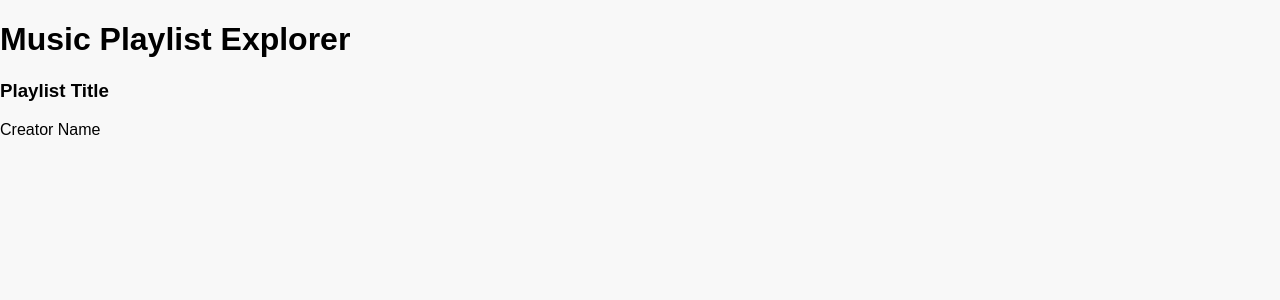
Repository: valentinaarojas/music-player-explorer
Page: index.html
The author's editor kept a copy of each file at every save. The page is drawn from the files as they stood at one save, then again after a run of saves.
The browser window is 1280 px wide. The pictures show the whole page.

Above is the page before, as saved 2025-02-18 17:53:53.
Console error: SyntaxError: Unexpected token '{'

### index.html
<!DOCTYPE html>
<html lang="en">
<head>
    <meta charset="UTF-8">
    <meta name="viewport" content="width=device-width, initial-scale=1.0">

    <title>Music Playlist Explorer</title>
    <link rel="icon" type="image/x-icon" href="/images/favicon.ico">

    <link rel="stylesheet" href="style.css">
</head>
<body>
    <header>
        <!-- Your header content here -->
        <div class="banner">
            <h1>Music Playlist Explorer</h1>
        </div>
    </header>

    <main>
        <!-- Your main content here -->
        <div class="playlist-cards">
            <div class="card">
                <!-- IMG -->
                <div class="container">
                    <h3>Playlist Title</h3>
                    <p>Creator Name</p>
                </div>
            </div>
        </div>
    </main>

    <footer>
        <!-- Your footer content here -->
    </footer>
    <script src="data/data.js"></script>
    <script src="script.js"></script>
</body>
</html>

### style.css
body {
    font-family: 'Arial', sans-serif;
    margin: 0;
    padding: 0;
    background-color: #f8f8f8;
}

### data/data.js
let data = { "playlists": [
    {
      "playlistID": 0,
      "playlist_name": "Late Night Drive",
      "playlist_creator": "Melody Maven",
      "playlist_art": "https://picsum.photos/id/36/200",
      "likeCount": 0,
      "songs": [
        {
          "songID": 0,
          "title": "Nightcall",
          "artist": "Kavinsky",
          "album": "Nightcall",
          "cover_art": "https://picsum.photos/id/43/200",
          "duration": "4:18"
        },
        {
          "songID": 1,
          "title": "Drive",
          "artist": "The Cars",
          "album": "Heartbeat City",
          "cover_art": "https://picsum.photos/id/45/200",
          "duration": "3:55"
        },
        {
          "songID": 2,
          "title": "Cruisin'",
          "artist": "Smokey Robinson",
          "album": "One Heartbeat",
          "cover_art": "https://picsum.photos/id/88/200",
          "duration": "4:30"
        },
        {
          "songID": 3,
          "title": "Night Moves",
          "artist": "Bob Seger",
          "album": "Night Moves",
          "cover_art": "https://picsum.photos/id/84/200",
          "duration": "5:25"
        },
        {
          "songID": 4,
          "title": "Moonlight Drive",
          "artist": "The Doors",
          "album": "Strange Days",
          "cover_art": "https://picsum.photos/id/122/200",
          "duration": "3:04"
        }
      ]
    },
    {
      "playlistID": 1,
      "playlist_name": "That Summer '16 Feeling",
      "playlist_creator": "Groove Guardian",
      "playlist_art": "https://picsum.photos/id/117/200",
      "likeCount": 10,
      "songs": [
        {
          "songID": 5,
          "title": "One Dance",
          "artist": "Drake",
          "album": "Views",
          "cover_art": "https://picsum.photos/id/21/200",
          "duration": "2:53"
        },
        {
          "songID": 6,
          "title": "Cheap Thrills",
          "artist": "Sia",
          "album": "This Is Acting",
          "cover_art": "https://picsum.photos/id/56/200",
          "duration": "3:31"
        },
        {
          "songID": 7,
          "title": "Don't Let Me Down",
          "artist": "The Chainsmokers ft. Daya",
          "album": "Collage",
          "cover_art": "https://picsum.photos/id/145/200",
          "duration": "3:28"
        },
        {
          "songID": 8,
          "title": "This Is What You Came For",
          "artist": "Calvin Harris ft. Rihanna",
          "album": "This Is What You Came For",
          "cover_art": "https://picsum.photos/id/160/200",
          "duration": "3:42"
        },
        {
          "songID": 9,
          "title": "Ride",
          "artist": "Twenty One Pilots",
          "album": "Blurryface",
          "cover_art": "https://picsum.photos/id/133/200",
          "duration": "3:34"
        }
      ]
    },
    {
      "playlistID": 2,
      "playlist_name": "Workout Beats",
      "playlist_creator": "Harmony Herald",
      "playlist_art": "https://picsum.photos/id/1077/200",
      "likeCount": 2,
      "songs": [
        {
          "songID": 10,
          "title": "Eye of the Tiger",
          "artist": "Survivor",
          "album": "Eye of the Tiger",
          "cover_art": "https://picsum.photos/id/593/200",
          "duration": "4:05"
        },
        {
          "songID": 11,
          "title": "Stronger",
          "artist": "Kanye West",
          "album": "Graduation",
          "cover_art": "https://picsum.photos/id/169/200",
          "duration": "5:12"
        },
        {
          "songID": 12,
          "title": "Lose Yourself",
          "artist": "Eminem",
          "album": "8 Mile Soundtrack",
          "cover_art": "https://picsum.photos/id/171/200",
          "duration": "5:26"
        },
        {
          "songID": 13,
          "title": "Uptown Funk",
          "artist": "Mark Ronson ft. Bruno Mars",
          "album": "Uptown Special",
          "cover_art": "https://picsum.photos/id/274/200",
          "duration": "4:30"
        },
        {
          "songID": 14,
          "title": "Can't Stop the Feeling!",
          "artist": "Justin Timberlake",
          "album": "Trolls (Original Motion Picture Soundtrack)",
          "cover_art": "https://picsum.photos/id/304/200",
          "duration": "3:56"
        }
      ]
    },
    {
      "playlistID": 3,
      "playlist_name": "Road Trip Anthems",
      "playlist_creator": "Playlist Pioneer",
      "playlist_art": "https://picsum.photos/id/314/200",
      "likeCount": 5,
      "songs": [
        {
          "songID": 15,
          "title": "Life Is a Highway",
          "artist": "Tom Cochrane",
          "album": "Mad Mad World",
          "cover_art": "https://picsum.photos/id/352/200",
          "duration": "4:26"
        },
        {
          "songID": 16,
          "title": "Born to Run",
          "artist": "Bruce Springsteen",
          "album": "Born to Run",
          "cover_art": "https://picsum.photos/id/361/200",
          "duration": "4:30"
        },
        {
          "songID": 17,
          "title": "Take It Easy",
          "artist": "Eagles",
          "album": "Eagles",
          "cover_art": "https://picsum.photos/id/365/200",
          "duration": "3:31"
        },
        {
          "songID": 18,
          "title": "Route 66",
          "artist": "Chuck Berry",
          "album": "Get Your Kicks on Route 66",
          "cover_art": "https://picsum.photos/id/371/200",
          "duration": "2:53"
        },
        {
          "songID": 19,
          "title": "On the Road Again",
          "artist": "Willie Nelson",
          "album": "Honeysuckle Rose",
          "cover_art": "https://picsum.photos/id/382/200",
          "duration": "2:33"
        }
      ]
    },
    {
      "playlistID": 4,
      "playlist_name": "Boss Chick Energy",
      "playlist_creator": "Tempo Tactician",
      "playlist_art": "https://picsum.photos/id/449/200",
      "likeCount": 0,
      "songs": [
        {
          "songID": 20,
          "title": "Run the World (Girls)",
          "artist": "Beyoncé",
          "album": "4",
          "cover_art": "https://picsum.photos/id/550/200",
          "duration": "3:56"
        },
        {
          "songID": 21,
          "title": "I'm Every Woman",
          "artist": "Chaka Khan",
          "album": "Chaka",
          "cover_art": "https://picsum.photos/id/646/200",
          "duration": "4:07"
        },
        {
          "songID": 22,
          "title": "Independent Women, Pt. 1",
          "artist": "Destiny's Child",
          "album": "Survivor",
          "cover_art": "https://picsum.photos/id/660/200",
          "duration": "3:41"
        },
        {
          "songID": 23,
          "title": "Confident",
          "artist": "Demi Lovato",
          "album": "Confident",
          "cover_art": "https://picsum.photos/id/680/200",
          "duration": "3:25"
        },
        {
          "songID": 24,
          "title": "Feeling Myself",
          "artist": "Nicki Minaj ft. Beyoncé",
          "album": "The Pinkprint",
          "cover_art": "https://picsum.photos/id/822/200",
          "duration": "3:57"
        }
      ]
    },
    {
      "playlistID": 5,
      "playlist_name": "Rainy Nights",
      "playlist_creator": "Sonic Sage",
      "playlist_art": "https://picsum.photos/id/115/200",
      "likeCount": 24,
      "songs": [
        {
          "songID": 25,
          "title": "Purple Rain",
          "artist": "Prince",
          "album": "Purple Rain",
          "cover_art": "https://picsum.photos/id/123/200",
          "duration": "8:41"
        },
        {
          "songID": 26,
          "title": "November Rain",
          "artist": "Guns N' Roses",
          "album": "Use Your Illusion I",
          "cover_art": "https://picsum.photos/id/171/200",
          "duration": "8:57"
        },
        {
          "songID": 27,
          "title": "Riders on the Storm",
          "artist": "The Doors",
          "album": "L.A. Woman",
          "cover_art": "https://picsum.photos/id/172/200",
          "duration": "7:14"
        },
        {
          "songID": 28,
          "title": "I Can't Stand the Rain",
          "artist": "Ann Peebles",
          "album": "I Can't Stand the Rain",
          "cover_art": "https://picsum.photos/id/178/200",
          "duration": "2:31"
        },
        {
          "songID": 29,
          "title": "Set Fire to the Rain",
          "artist": "Adele",
          "album": "21",
          "cover_art": "https://picsum.photos/id/680/200",
          "duration": "4:02"
        }
      ]
    },
    {
      "playlistID": 6,
      "playlist_name": "90's R&B",
      "playlist_creator": "Vinyl Virtuoso",
      "playlist_art": "https://picsum.photos/id/815/200",
      "likeCount": 3,
      "songs": [
        {
          "songID": 30,
          "title": "No Diggity",
          "artist": "Blackstreet ft. Dr. Dre",
          "album": "Another Level",
          "cover_art": "https://picsum.photos/id/856/200",
          "duration": "5:06"
        },
        {
          "songID": 31,
          "title": "Waterfalls",
          "artist": "TLC",
          "album": "CrazySexyCool",
          "cover_art": "https://picsum.photos/id/871/200",
          "duration": "4:39"
        },
        {
          "songID": 32,
          "title": "Creep",
          "artist": "TLC",
          "album": "CrazySexyCool",
          "cover_art": "https://picsum.photos/id/891/200",
          "duration": "4:29"
        },
        {
          "songID": 33,
          "title": "On Bended Knee",
          "artist": "Boyz II Men",
          "album": "II",
          "cover_art": "https://picsum.photos/id/1013/200",
          "duration": "4:05"
        },
        {
          "songID": 34,
          "title": "Fantasy",
          "artist": "Mariah Carey",
          "album": "Daydream",
          "cover_art": "https://picsum.photos/id/1014/200",
          "duration": "4:04"
        }
      ]
    },
    {
      "playlistID": 7,
      "playlist_name": "Nothing But The Classics",
      "playlist_creator": "Melody Maven",
      "playlist_art": "https://picsum.photos/id/22/200",
      "likeCount": 3,
      "songs": [
        {
          "songID": 35,
          "title": "Bohemian Rhapsody",
          "artist": "Queen",
          "album": "A Night at the Opera",
          "cover_art": "https://picsum.photos/id/39/200",
          "duration": "5:55"
        },
        {
          "songID": 36,
          "title": "Hotel California",
          "artist": "Eagles",
          "album": "Hotel California",
          "cover_art": "https://picsum.photos/id/57/200",
          "duration": "6:30"
        },
        {
          "songID": 37,
          "title": "Stairway to Heaven",
          "artist": "Led Zeppelin",
          "album": "Led Zeppelin IV",
          "cover_art": "https://picsum.photos/id/221/200",
          "duration": "8:02"
        },
        {
          "songID": 38,
          "title": "Sweet Child o' Mine",
          "artist": "Guns N' Roses",
          "album": "Appetite for Destruction",
          "cover_art": "https://picsum.photos/id/822/200",
          "duration": "5:55"
        },
        {
          "songID": 39,
          "title": "Imagine",
          "artist": "John Lennon",
          "album": "Imagine",
          "cover_art": "https://picsum.photos/id/823/200",
          "duration": "3:04"
        }
      ]
    },
    {
      "playlistID": 8,
      "playlist_name": "Ohh That Baseline",
      "playlist_creator": "Bassline Buddy",
      "playlist_art": "https://picsum.photos/id/836/200",
      "likeCount": 0,
      "songs": [
        {
          "songID": 40,
          "title": "Another One Bites the Dust",
          "artist": "Queen",
          "album": "The Game",
          "cover_art": "https://picsum.photos/id/839/200",
          "duration": "3:36"
        },
        {
          "songID": 41,
          "title": "Billie Jean",
          "artist": "Michael Jackson",
          "album": "Thriller",
          "cover_art": "https://picsum.photos/id/903/200",
          "duration": "4:54"
        },
        {
          "songID": 42,
          "title": "Superstition",
          "artist": "Stevie Wonder",
          "album": "Talking Book",
          "cover_art": "https://picsum.photos/id/978/200",
          "duration": "4:26"
        },
        {
          "songID": 43,
          "title": "Smooth Criminal",
          "artist": "Michael Jackson",
          "album": "Bad",
          "cover_art": "https://picsum.photos/id/1004/200",
          "duration": "4:17"
        },
        {
          "songID": 44,
          "title": "Money for Nothing",
          "artist": "Dire Straits",
          "album": "Brothers in Arms",
          "cover_art": "https://picsum.photos/id/1025/200",
          "duration": "8:26"
        }
      ]
    }
  ]
}

### script.js
body {
    font-family: 'Arial', sans-serif;
    margin: 0;
    padding: 0;
    background-color: #f8f8f8;
}

After the next 2 saves:
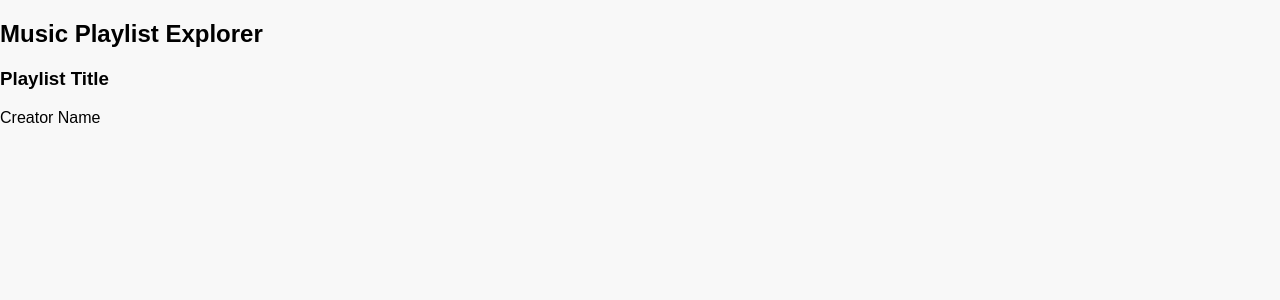
The 2 saves are shown as one change because they came seconds apart.
The last was saved 7 s later.
--- a/index.html
+++ b/index.html
@@ -13,7 +13,7 @@
     <header>
         <!-- Your header content here -->
         <div class="banner">
-            <h1>Music Playlist Explorer</h1>
+            <h2>Music Playlist Explorer</h2>
         </div>
     </header>
 
